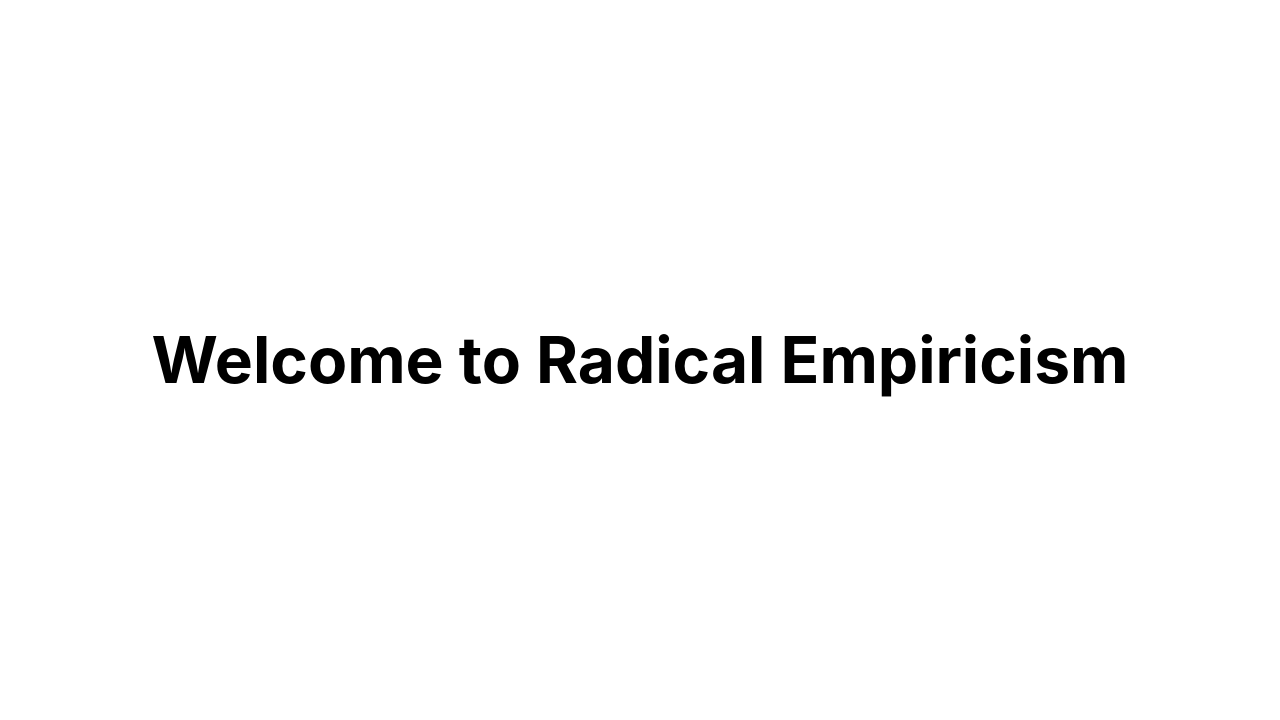
Repository: mcverter/EthicalPataphysicsOfAnarchism
Page: / (app in RadicalEmpiricism/src/nextjs-client/)
The author's editor kept a copy of each file at every save. The page is drawn from the files as they stood at one save, then again after the next save.
The browser window is 1280 px wide. The pictures show the whole page.
The project was rebuilt for these pictures with package versions that can differ from the ones it lists, and the page was loaded fresh each time. The framework's server and built-in components were replaced by stand-ins that run in the browser.

Above is the page before, as saved 2021-09-29 17:16:07.

After the next save:
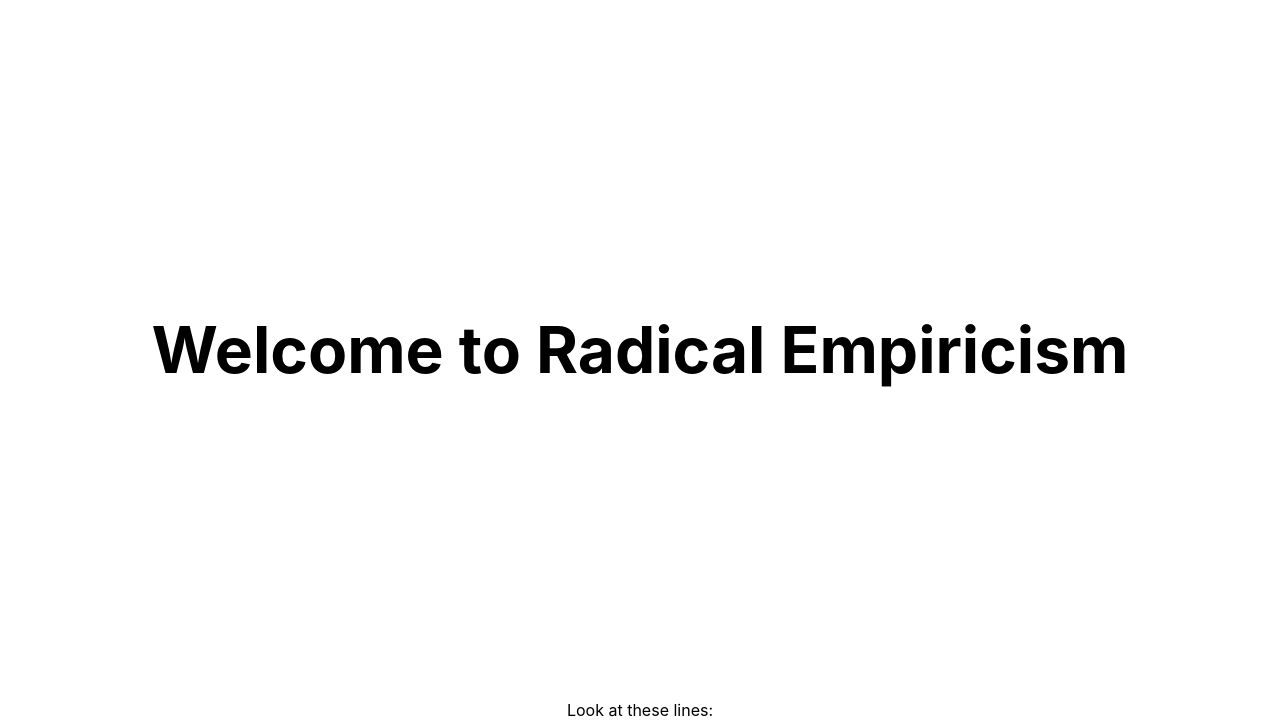
Saved 29 s later.
--- a/RadicalEmpiricism/src/nextjs-client/pages/index.js
+++ b/RadicalEmpiricism/src/nextjs-client/pages/index.js
@@ -11,6 +11,7 @@ export default function Home() {
       <main className={styles.main}>
         <h1 className={styles.title}>Welcome to Radical Empiricism</h1>
       </main>
+      <div>Look at these lines:</div>
     </div>
   );
 }
